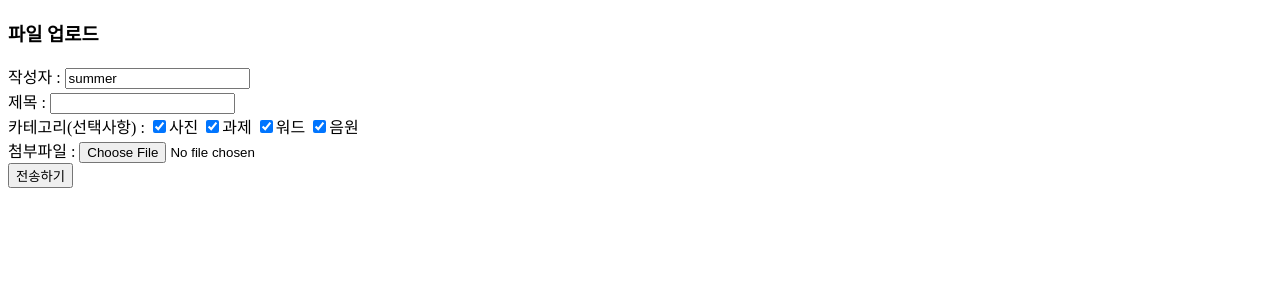
Repository: Suminmer/JSP-practice
Page: http://localhost/MustHaveJSP/12FileUpload/FileUploadMain.jsp
An editor plug-in stored every save of this project. The page is shown before and after the next save, followed by the edit.
The browser window is 1280 px wide. The pictures show the whole page.
The page is served by Tomcat 9. Other server files are loaded and not shown.

Above is the page before, as saved 2022-04-26 01:58:37.

### MustHaveJSP/src/main/webapp/12FileUpload/FileUploadMain.jsp
<%@ page language="java" contentType="text/html; charset=UTF-8"
    pageEncoding="UTF-8"%>
<!DOCTYPE html>
<html>
<head>
<meta charset="UTF-8">
<title>FileUpload</title>
<script>
	function validateForm(form) {
		if (form.name.value == "") {
			alert("작성자를 입력하세요.");
			form.name.focus();
			return false;
		}
		if (form.title.value == "") {
			alert("제목을 입력하세요.");
			form.title.focus();
			return false;
		}
		if (form.attachedFile.value == "") {
			alert("첨부파일은 필수 입력입니다.");
			return false;
		}
	}
</script>
</head>
<body>
	<h3>파일 업로드</h3>
	<span style="color: red;">${errorMessage}</span>
	<form name="fileForm" method="post" enctype="multipart/form-data"
			action="UploadProcess.jsp" onsubmit="return validateForm(this);">
		작성자 : <input type="text" name="name" value="summer"/><br/>
		제목 : <input type="text" name="title"/><br/>
		카테고리(선택사항) :
			<input type="checkbox" name="cate" value="사진" checked/>사진
			<input type="checkbox" name="cate" value="과제" checked/>과제
			<input type="checkbox" name="cate" value="워드" checked/>워드
			<input type="checkbox" name="cate" value="음원" checked/>음원<br/>
		첨부파일 : <input type="file" name="attachedFile"/><br/>
		<input type="submit" value="전송하기"/>
	</form>
</body>
</html>

After the next save:
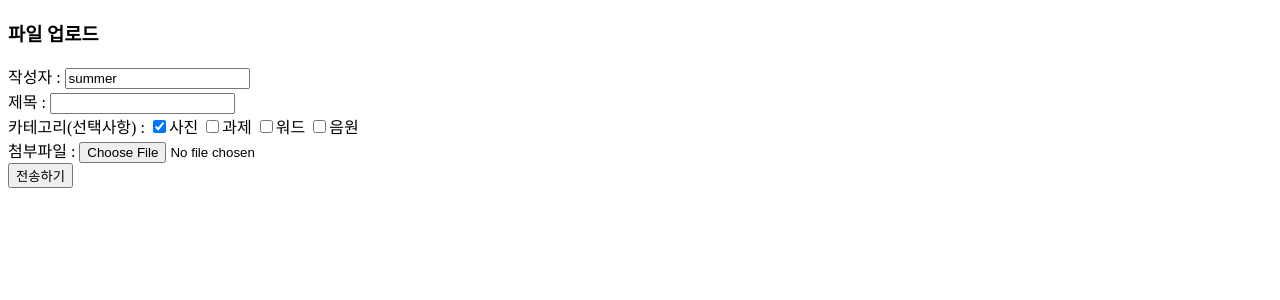
Saved 3 min 23 s later.
--- a/MustHaveJSP/src/main/webapp/12FileUpload/FileUploadMain.jsp
+++ b/MustHaveJSP/src/main/webapp/12FileUpload/FileUploadMain.jsp
@@ -33,9 +33,9 @@
 		제목 : <input type="text" name="title"/><br/>
 		카테고리(선택사항) :
 			<input type="checkbox" name="cate" value="사진" checked/>사진
-			<input type="checkbox" name="cate" value="과제" checked/>과제
-			<input type="checkbox" name="cate" value="워드" checked/>워드
-			<input type="checkbox" name="cate" value="음원" checked/>음원<br/>
+			<input type="checkbox" name="cate" value="과제"/>과제
+			<input type="checkbox" name="cate" value="워드"/>워드
+			<input type="checkbox" name="cate" value="음원"/>음원<br/>
 		첨부파일 : <input type="file" name="attachedFile"/><br/>
 		<input type="submit" value="전송하기"/>
 	</form>
